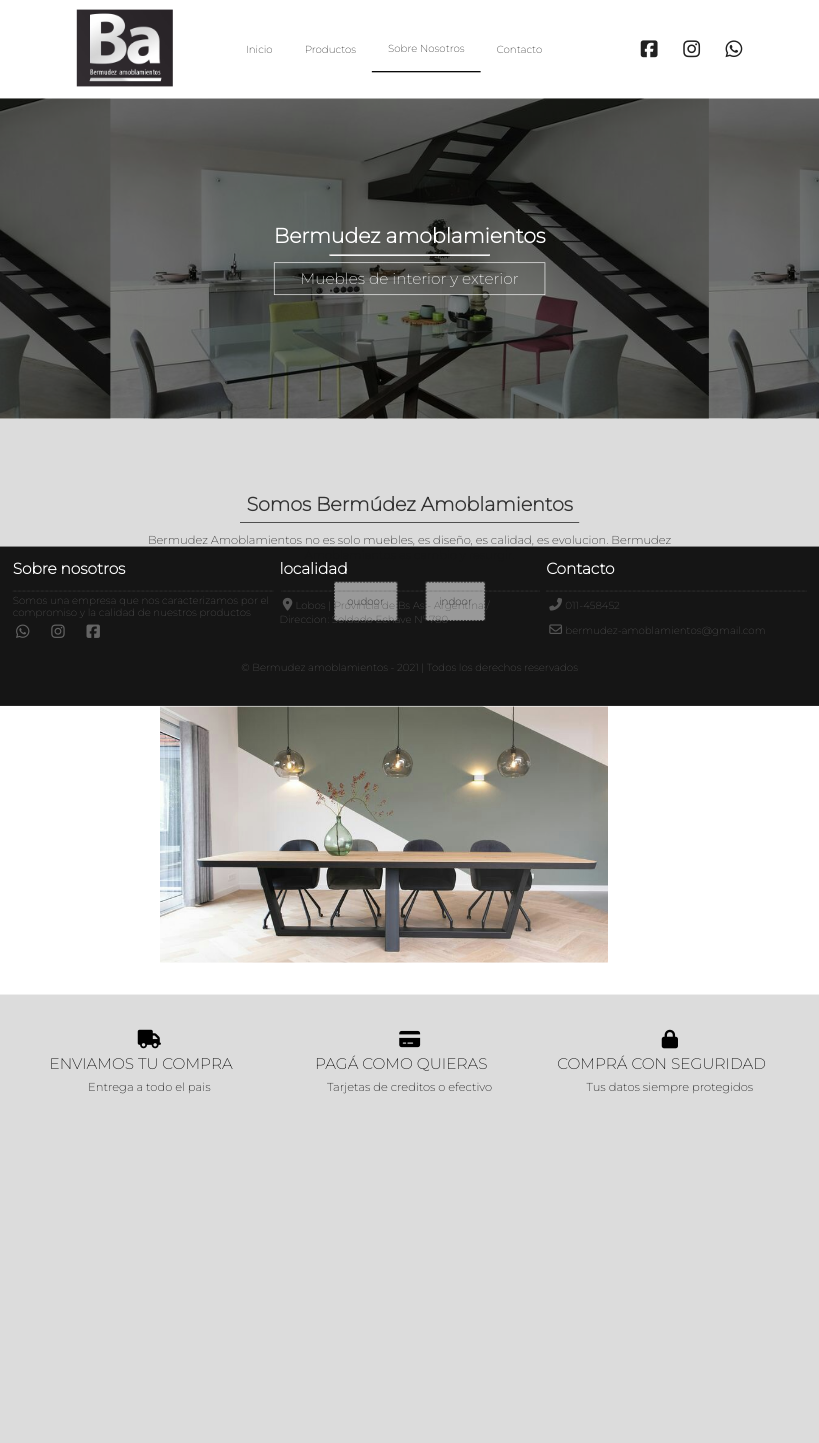
Repository: DamianBermudez94/Bermudez-amoblamientos
Page: index.html
An editor plug-in stored every save of this project. The page is shown before and after the next save, followed by the edit.
The browser window is 1280 px wide. The pictures show the whole page, at 64% of full size.
Some web libraries are served in a nearby version.

Above is the page before, as saved 2022-09-22 19:24:11.

### index.html
<!DOCTYPE html>
<html lang="es">
<head>
    <meta charset="UTF-8">
    <meta http-equiv="X-UA-Compatible" content="IE=edge">
    <meta name="viewport" content="width=device-width, initial-scale=1.0">

    <title>Bermudez-Amoblamientos</title>
    <link rel="shortcut icon" href="Imagenes/favicon (1).jpg" type="image/x-icon">
    <!--Estilos-->
    <link rel="preconnect" href="https://fonts.googleapis.com">
    <link rel="preconnect" href="https://fonts.gstatic.com" crossorigin>
    <link href="https://fonts.googleapis.com/css2?family=Montserrat:wght@200&display=swap" rel="stylesheet">
    <script src="https://kit.fontawesome.com/bdbed0aafa.js" crossorigin="anonymous"></script>
    <link rel="preconnect" href="https://fonts.gstatic.com">
    <link href="https://fonts.googleapis.com/css2?family=Roboto:ital,wght@0,300;0,400;1,100;1,300;1,700&display=swap" rel="stylesheet">
    <!--Componente del header-->
    <script defer src="./header/header.js"></script>
    <link rel="stylesheet" href="./header/header.css">

    <!--Componente del footer-->
    <script defer src="./footer/footer.js"></script>
    <link rel="stylesheet" href="./footer/footer.css">

    <script defer src="slider.js"></script>
    <!--Estilos del index-->
    <link rel="stylesheet" href="index.css">
    <script defer src="index.js"></script>

</head>
<body>
    <!--Ir arriba-->
    <div class="go-top">
        <span><i class="fas fa-chevron-up"></i> <a href="https://www.whatsapp.com"><i class="fab fa-whatsapp"></i></a></span>
    </div>
    <header class="header">

    </header>
    <main class="main" >
        <section class="welcome">
            <div class="welcome__container">
                <h1 class="welcome__title">Bermudez amoblamientos</h1>
                <hr class="linea-title">
                <p class="welcome__sub-title">Muebles de interior y exterior</p>

            </div>
        </section>


        <section class="sobre-nosotros">
            <div class="container-tip">
                <h2 class="title-somos-nosotros">Somos Bermúdez Amoblamientos</h2>

                <p class="title-parrafo">Bermudez Amoblamientos no es solo muebles, es diseño, es calidad, es evolucion. Bermudez Amoblamientos es cambio y resurgir.</p>
                <div class="enlaces">
                    <a class="btn-enlaces" href="oudoor.html">oudoor</a>
                    <a class="btn-enlaces" href="indoor.html">indoor</a>
                </div>
            </div>
        </section>
        <!--Seccion Productos-->

            <section class="section-slider">
                <div class="flexslider">
                    <div class="slider" id="slider">
                        <div class="slider-section">
                            <img class="slider-img" src="./indoor/img-indoor/imagenes-indoor/IMG-20210325-WA0018.jpg" alt="">
                            <!--<section class="flex-slider">
                              <h2 class="slider-title">Productos al 50%</h2>
                              <p class="slider-txt">Ofertas</p>
                              <a href="" class="slider__link">Comprar</a>
                            </section>-->
                        </div>
                        <div class="slider-section">
                            <img class="slider-img" src="./indoor/img-indoor/imagenes-indoor/IMG-20210325-WA0019.jpg" alt="">
                            <!--<section class="flex-slider">
                              <h2 class="slider-title">Productos al 50%</h2>
                              <p class="slider-txt">Ofertas</p>
                              <a href="" class="slider__link">Comprar</a>
                            </section>-->

                        </div>
                        <div class="slider-section" >
                            <img class="slider-img" src="./indoor/img-indoor/imagenes-indoor/IMG-20210325-WA0028.jpg" alt="">
                            <!--<section class="flex-slider">
                              <h2 class="slider-title">Productos al 50%</h2>
                              <p class="slider-txt">Ofertas</p>
                              <a href="" class="slider__link">Comprar</a>
                            </section>-->

                        </div>
                    </div>
                    <!--<span class="btn-slider slider_btn-right" id="btn-right"><i class="fas fa-chevron-right"></i></i></span>
                    <span class="btn-slider slider_btn-left" id="btn-left"><i class="fas fa-chevron-left"></i></span>-->
                </div>
            </section>
                <!--<div class="container-editor">
                    <div class="editor__item">
                        <img src="Imagenes/IMG-20210325-WA0014.jpg" alt="" class="editor-img">
                        <p class="editor-circle">Muebles de interior</p>
                    </div>
                    <div class="editor__item">
                        <img  src="Imagenes/IMG-20210325-WA0026.jpg" alt="" class="editor-img">
                        <p class="editor-circle">Muebles de exterior</p>
                    </div>
                </div>-->
            <!--Seccion tips de compras -->
            <section class="container-tips">
                <div class="tip">
                    <i class="tip-icon fas fa-truck"></i>
                    <h2 class="tip-title">ENVIAMOS TU COMPRA</h2>
                    <p class="parrafo-tips">Entrega a todo el pais</p>

                   <!-- <a href="" class="btn-tip">Comprar</a>
                  <a href="" class="btn-tip">comprar</a>
                  <a href=""class="btn-tip">Comprar</a>-->
                </div>
                <div class="tip">
                    <i class="fas fa-credit-card"></i>
                    <h2 class="tip-title">PAGÁ COMO QUIERAS</h2>
                    <p class="parrafo-tips">Tarjetas de creditos o efectivo</p>

                </div>
                <div class="tip">
                    <i class="fas fa-lock"></i>
                    <h2 class="tip-title">COMPRÁ CON SEGURIDAD</h2>
                  <p class="parrafo-tips">Tus datos siempre protegidos</p>
                </div>

            </section>

    </main>
    <!--Footer-->

    <footer class="footer">

    </footer>
</body>
</html>

### header/header.css
/** Estilos del header **/

.header {
 background-color: #fff;

}

.main-header .container {
  position: fixed;
  top: 0;
  left: 0;
  width: 100%;
  height: 30%;
  display: flex;
  align-items: center;
  justify-content: space-between;
  background: #fff;
  z-index: 9999999999;
  padding: 50px;
}

.main-header__container {
  width: 100%;
  display: flex;
  justify-content:space-between;
  padding: 50px;
}
.redes-sociales {
  color: #212121;
  font-size: 50px;
  margin: 5px;
}

.redes-sociales:hover {
  color: #154f66;
}

.main-header__container-redes {
  display: none;

}

.title-img {
  object-fit: cover;
  width: 100%;
  height: 100px;

}
.img_title {
  position: relative;
  top: 0;
  left: 10px;
}

/** Estilos del Menu **/
.main-nav {
  opacity: 0;
  visibility: hidden;
  transition: all 0.5s;
  z-index: 9999999;
}
.mostrar {
  opacity: 1;
  visibility: visible;
}

.menu {
  position: absolute;
  top: 120px;
  left: 0;
  background: #212121;
  width: 100%;
  list-style: none;
  margin: 0;
  padding: 0;
}
.menu__items {
  margin: auto;
}

.menu-link {
  padding: 25px;
  border-bottom: 1px solid #646464;
  color: #fff;
  text-decoration: none;
  display: block;
}
.menu-link:hover {
  background: #000;
  color: #fff;
}

.sub-menu {
  display: none;
}

.sub-link {
  padding-left: 45px;
  border-bottom: 1px solid #646464;
  text-decoration: none;
  color: #fff;
  display: block;
  font-weight: 300;
  font-size: 16px;
}
.sub-link:hover {
  background: #000;
  color: #fff;
  width: 100%;
}
.sub-items .sub-link {
  list-style: none;
  margin: 0 10px;
  padding: 25px 0;
  padding-left: 48px;
}

.main-header__btn {
  border: 1px solid #000;
  display: block;
  padding: 10px 30px;
  color: #000;
  margin: 10px 0;
  text-decoration: none;
}
.btn-menu{
  position: relative;
  top: 35px;
  left: 95px;
  cursor: pointer;
  transition: all 0.5s ease-in-out ;
}
.menu-btn_burger{
  width: 30px;
  height: 3px;
  position: relative;
  top: 20px;
  left: 20px;
  border-radius: 5px;
  background-color: #000;
  transition: all 0.5s ease-in-out;
}
.menu-btn_burger::before,
.menu-btn_burger::after{
 content: "";
 position: absolute;
 top:0;
 left: 0;
 width: 30px;
 height: 3px;
 background-color: #000;
 border-radius: 5px;
 transition: all 0.5s ease-in-out;
}
.menu-btn_burger::before{
  transform: translateY(-16px);
}
.menu-btn_burger::after{
  transform: translateY(16px);
}
.btn-menu.open .menu-btn_burger {
  transform: translateX(-50px);
  background-color: transparent;
}
.btn-menu.open .menu-btn_burger::before {
  transform: rotate(45deg) translate(35px, -35px);
}
.btn-menu.open .menu-btn_burger::after {
  transform: rotate(-45deg) translate(35px, 35px);
}
@media (min-width: 760px) {


  .main-header__container{
    padding: 50px;

  }
  .main-header__container-redes{
    display: flex;
    justify-content: space-between;
    align-items: center;

  }
  .redes-sociales {
    color: #212121;
    font-size: 25px;
    margin: 10px;
    position: relative;
    top: 0;
    left: 0;
    display: block;
  }
  .menu {
    top: 180px;
  }
  .title-somos-nosotros {
    font-size: 28px;
    text-align: center;
    padding: 10px;
  }
}


@media (min-width: 960px) {

  .main-header__container {
    width: 100%;
    height: 100%;
    display: flex;
    align-items: center;
    justify-content: space-evenly;
    padding: 0 120px 0;


  }

  .main-nav {
    visibility: visible;
    opacity: 1;
    width: 100%;
    right: 25px;
    margin: 0;
  }
  .main-header-link {
    color: #333;
    border-bottom: none;
  }
  .main-header__container .main-nav .menu li a.active {
    border-bottom: 2px solid #000;
  }

  .menu {
    position: static;
    width: 100%;
    display: flex;
    align-items: center;
    justify-content: center;
    background: none;
  }

  .menu__items {
    padding: 0;
    margin: 0;
    display: flex;
  }
  .menu-link {
    color: #212121;
    border-bottom: none;
  }
  .menu-link:hover {
    color: #f7f7f7;
  }

  .main-nav .menu .sub-menu {
    display: none;
    transition: all 0.5s;
  }
  .main-nav .menu .menu__items {
    display: flex;
    justify-content: space-between;
    align-items: center;
  }

  .menu .menu__items:hover .sub-menu {
    display: block;
    position: absolute;
    top: 120px;
    left: 485px;
    width: 300px;
  }

  .sub-link {
    position: relative;
    top: 15px;
    left: 15px;
    width: 300px;
    text-decoration: none;
    color: #151515;
    background: #f7f7f7;
    font-size: 16px;
    transition: all 0.5s;
  }
  .sub-link:hover {
    max-width: 300px;
    color: #fff;
    background: #151515;
  }
  .sub-items {
    list-style: none;
  }

  .title-img {
    object-fit: cover;
    font-size: 24px;
    width: 150px;
    height: 150px;
    padding: 15px 0 15px 0;
    margin: 0;
  }
  .img_title {
    position: initial;
  }

  .main-header__container-redes {

  }
  .redes-sociales {
    position: relative;
    top: 0;
    left: 20px;
    margin: 15px;
    padding: 5px;
    font-size: 30px;
    display: block;
  }
  .btn-menu {
    display: none;
  }
}

### footer/footer.css
/** Estilos Del footer **/

.footer {

  padding: 20px;
  background: #151515;
  color: #fff;
}
.redes-footer {
  padding: 15px;
  position: relative;
  top: 0;
  left: -10px;
  font-size: 1.5em;
  color: #646464;
  margin: 0;
  transition: all 0.5s;
}
.redes-footer:hover {
  color: #fff;
}
.footer-txt {
  color: #555;
  padding: 5px 0;
}
.footer-link {
  color: #555;
  text-decoration: none;
  display: block;
  padding: 10px 0;
}

.title-footer {
  border-bottom: 1px dotted #555;
  padding-bottom: 20px;
}
.redes {
  font-size: 20px;
  margin: 5px;
}
.container-copy{
  text-align: center;
  padding: 10px;
}
.copy {
  color: #555;
  margin: 10px 0;
  padding: 10px;
}
@media screen and (min-width:720px) {
  .container-footer {

    display: grid;
    grid-template-columns: repeat(3, 1fr);
    gap: 10px;

  }

}

### index.css
* {
  padding: 0;
  margin: 0;
  box-sizing: border-box;
  font-family: 'Montserrat', sans-serif;
}

/** Go top **/
.go-top {
  position: fixed;
  bottom: 0px;
  right: -100%;
  width: 50px;
  height: 50px;

  background: #fff;
  z-index: 9999;
  display: flex;
  justify-content: center;
  align-items: center;
  cursor: pointer;
  transition: 500ms;
}
.go-top:hover {
  border: 2px solid #fff;
  border-radius: 50%;
  background: rgb(71, 71, 71);
}
.go-top:hover span {
  color: #fff;
}
.go-top > span {
  font-size: 25px;
  color: #000;
}
main{
  width: 100%;
  height: 700px;
  background: url("./indoor/img-indoor/imagenes-indoor/IMG-20210325-WA0038.jpg");
background-position: center;
background-size: contain;

}

/** Diseño del Welcome**/

.welcome {
  width: 100%;
  height: 500px;
  background-color: rgba(0, 0, 0, 0.5);
  display: flex;
  align-items: center;
  justify-content: center;
  flex-direction: column;
}

.welcome__title {
  font-size: 32px;
  color: #fff;
  font-weight: 700;
  text-align: center;
  margin: 10px;
}

.welcome hr {
  width: 250px;
  margin: auto;
  height: 3px;
  background: #fff;
}
.welcome__sub-title {
  font-size: 24px;
  margin: 10px;
  color: #fff;
  border: 1px solid #fff;
  padding: 10px;

  text-align: center;
}

/** Fin del style**/

/********* Seccion sobre nosotros ****/
.sobre-nosotros{
  width: 100%;
  height: 400px;
}
.container-tip {
  display: flex;
  justify-content: center;
  align-items: center;
  flex-direction: column;
  height: 100%;
  margin: 0;
  padding:10px;
  background-color: #dcdcdc;
}
.title-somos-nosotros {

  font-size: 24px;
  font-weight: bold;
  text-align: center;
  color: #333;
  border-bottom: 1px solid #000;
}

.title-parrafo {
 width: 70%;
  text-align: center;
  font-weight: 400;
  font-size: 18px;
  margin-top: 15px;
  line-height: 24px;
  color: #151515;
}
.enlaces {
  margin-top: 50px;
}
.btn-enlaces {
  width: 100%;
  padding: 20px;
  margin:20px;
  text-decoration: none;
  border: 1px dashed #000;
  transition: all 0.5s;
  cursor: pointer;
  color: #212121;
  background: #999999;
}
.btn-enlaces:hover {
  background: #212121;
  color: #fff;
}


/*****Diseño del slider****/

.flexslider {
  width: 100%;
  height: 500px;
  position: relative;
  overflow: hidden;

}
.slider {
  display: flex;
  width: 300%;
  height: 300px;
  margin-left: -100%;
  position: relative;
}


.slider-section {
  position: relative;
  top: 50px;
  width: 100%;
  display: flex;
  justify-content: center;
  align-items: center;

}

.slider-img {
  position: absolute;
  top: 0;
  width: 300px;
  height: 400px;
  object-fit: cover;

}



/** Seccion tips informaticos **/

.container-tips {
  height: 500px;
  padding: 30px;
  text-align: center;
  background-color: #dcdcdc;
}
.tip-title {
  font-size: 16px;
  font-weight: 300;
}

.tip i {
  font-size: 24px;
  padding: 20px 0;
}
.parrafo-tips {
  font-size: 14px;
  text-align: center;
  font-weight: 300;
  margin-top: 8px;
}

/** Estilo responsive para tablet **/

@media screen and (min-width: 768px) {

  .slider-img {
    width: 600px;
    height: 400px;
    object-fit: cover;

  }
  .container-tips {
    display: grid;
    grid-template-columns: repeat(3, 1fr);
  }
  .tip-icon {
    font-size: 29px;
  }
  .tip-title {
    font-size: 24px;
    font-weight: 700;
  }
  .parrafo-tips {
    font-size: 18px;
  }
  .title-somos-nosotros{
    font-size: 30px;
  }
}

@media (min-width: 1024px) {
  /**header **/
  .header-img {
    display: flex;
    justify-content: center;
    align-items: center;
    margin: 0 auto;
  }
  .header-img .welcome h1 {
    font-size: 50px;
    color: #fff;
    font-weight: 700;

    margin-bottom: 35px;
  }
  .header-img .welcome .linea-title {
    width: 400px;
    height: 5px;
    background: #fff;
    border: none;
    margin-top: -15px;
    text-align: center;
  }
  .header-img .welcome p {
    width: 500px;
    font-size: 30px;
    font-weight: 200;
    color: #fff;
    border: 3px solid #fff;
    padding: 10px;
    margin-top: 30px;
  }

  /** Fin del header **/


  /**** Seccion slider ****/

  .slider-img {
    width: 600px;
    height: 400px;


  }



  /***** Seccion Tips **/
  .container-tips {
    width: 100%;
    height: 100%;
    position: relative;
  }

  .tip-title {
    padding-right: 26px;
    font-weight: 400;
  }
  .tip {
    padding: auto;
    margin: 15px auto;
  }
  .tip i {
    font-size: 29px;
    text-align: center;
    padding: 10px 10px;
  }
  .parrafo-tips {
    font-size: 18px;
    margin: 10px auto;
  }
}
@media screen and (min-width: 1280px) {
  .main-header {
    position: relative;
    width: 100%;
  }
  .main-header .container {
    position: absolute;
    top: 0;
    left: 0;
    width: 100%;
    height: 30%;
    background: #fff;
    display: flex;
    justify-content: space-between;
    align-items: center;
    z-index: 9999999999;
  }
  .container {
    width: 1000px;
    margin: auto;
  }
  .main-header__container:nth-child(3) {
    padding-left: 50px;
  }


  .slider-img {
    width: 700px;
    height: 400px;

  }
}
@media screen and (min-width: 1600px) {
  .main-header {
    position: relative;
    width: 100%;
  }
  .main-header .container {
    position: fixed;
    top: 0;
    left: 0;
    width: 100%;
    height: 30%;
    background: #fff;
    display: flex;
    justify-content: space-between;
    align-items: center;
    z-index: 9999;
  }
  .container {
    width: 1400px;
    margin: auto;
  }
  .main-header__container:nth-child(3) {
    padding-left: 100px;
  }
}

### slider.js
// Animacion slider

const slider = document.querySelector("#slider");
let sliderSection = document.querySelectorAll(".slider-section");
let sliderSectionLast = sliderSection[sliderSection.length - 1];

slider.insertAdjacentElement("afterbegin", sliderSectionLast);

function nextRight() {
  let sliderSectionFirts = document.querySelectorAll(".slider-section")[0];

  slider.style.marginLeft = "-200%";
  slider.style.transition = "0.8s ease-in-out";

  setTimeout(function () {
    slider.style.transition = "none";
    slider.insertAdjacentElement("beforeend", sliderSectionFirts);
    slider.style.marginLeft = "-100%";
  }, 1200);
}
function Prev() {
  let sliderSection = document.querySelectorAll(".slider-section");
  let sliderSectionLast = sliderSection[sliderSection.length - 1];
  slider.style.marginLeft = "0";

  setTimeout(function () {
    slider.style.transition = "none";
    slider.insertAdjacentElement("afterbegin", sliderSectionLast);
    slider.style.marginLeft = "-100%";
  }, 1200);
}

/*btnLeft.addEventListener("click", function () {
  Prev();
});
const btnRight = document.querySelector("#btn-right");
const btnLeft = document.querySelector("#btn-left");

btnRight.addEventListener("click", function () {
  nextRight();
});*/

setInterval(function () {
  nextRight();
}, 5000);

### index.js
function main() {
  headertComponet(document.querySelector(".header"));
  footerComponet(document.querySelector(".footer"));

  menu();
}
main();

Loaded but not shown: header/header.js (87 lines, source omitted); footer/footer.js (33 lines, source omitted)

After the next save:
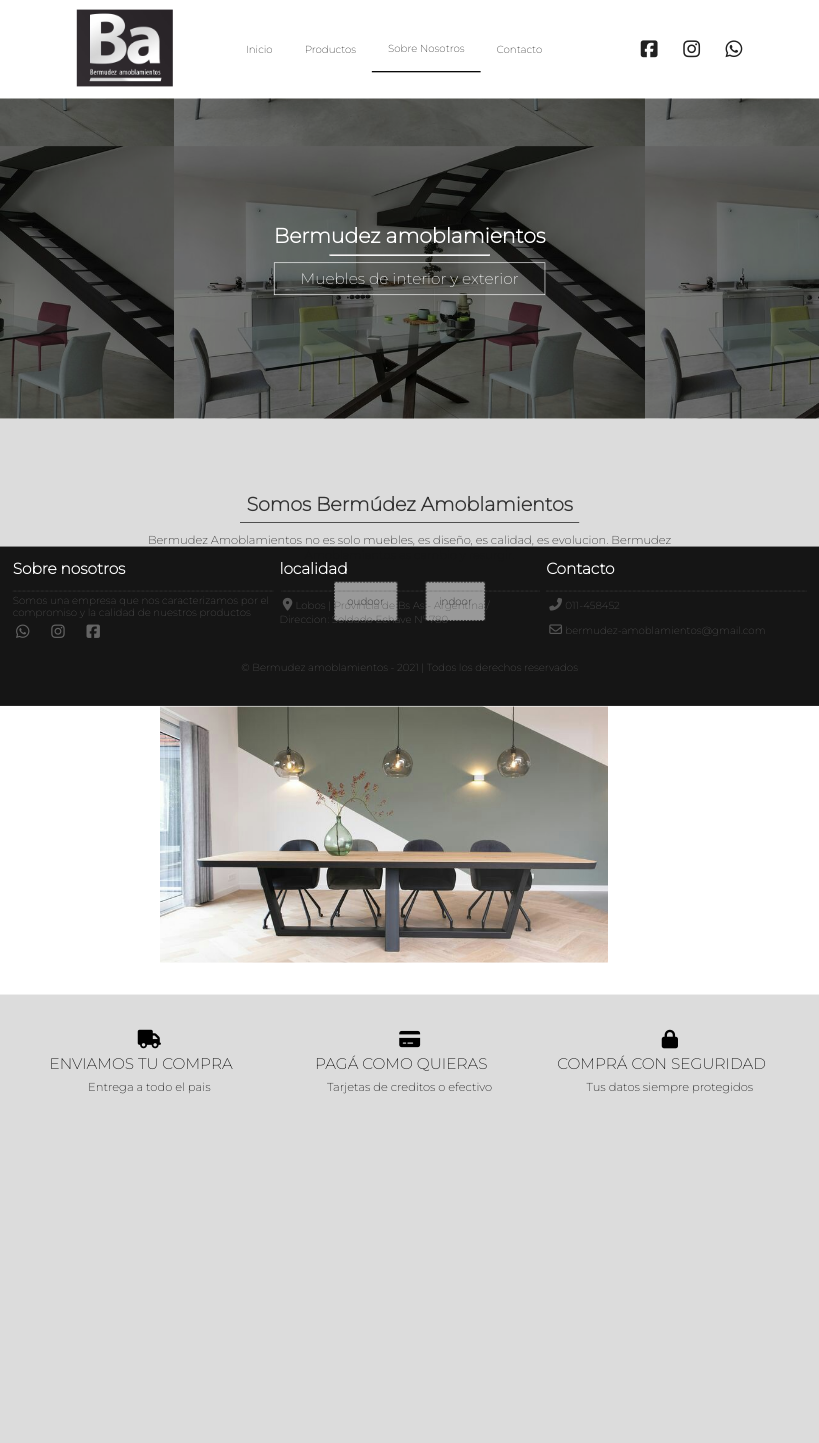
Saved 32 s later.
--- a/index.css
+++ b/index.css
@@ -38,7 +38,7 @@
   height: 700px;
   background: url("./indoor/img-indoor/imagenes-indoor/IMG-20210325-WA0038.jpg");
 background-position: center;
-background-size: contain;
+background-repeat: contain;
 
 }
 

After the save that followed:
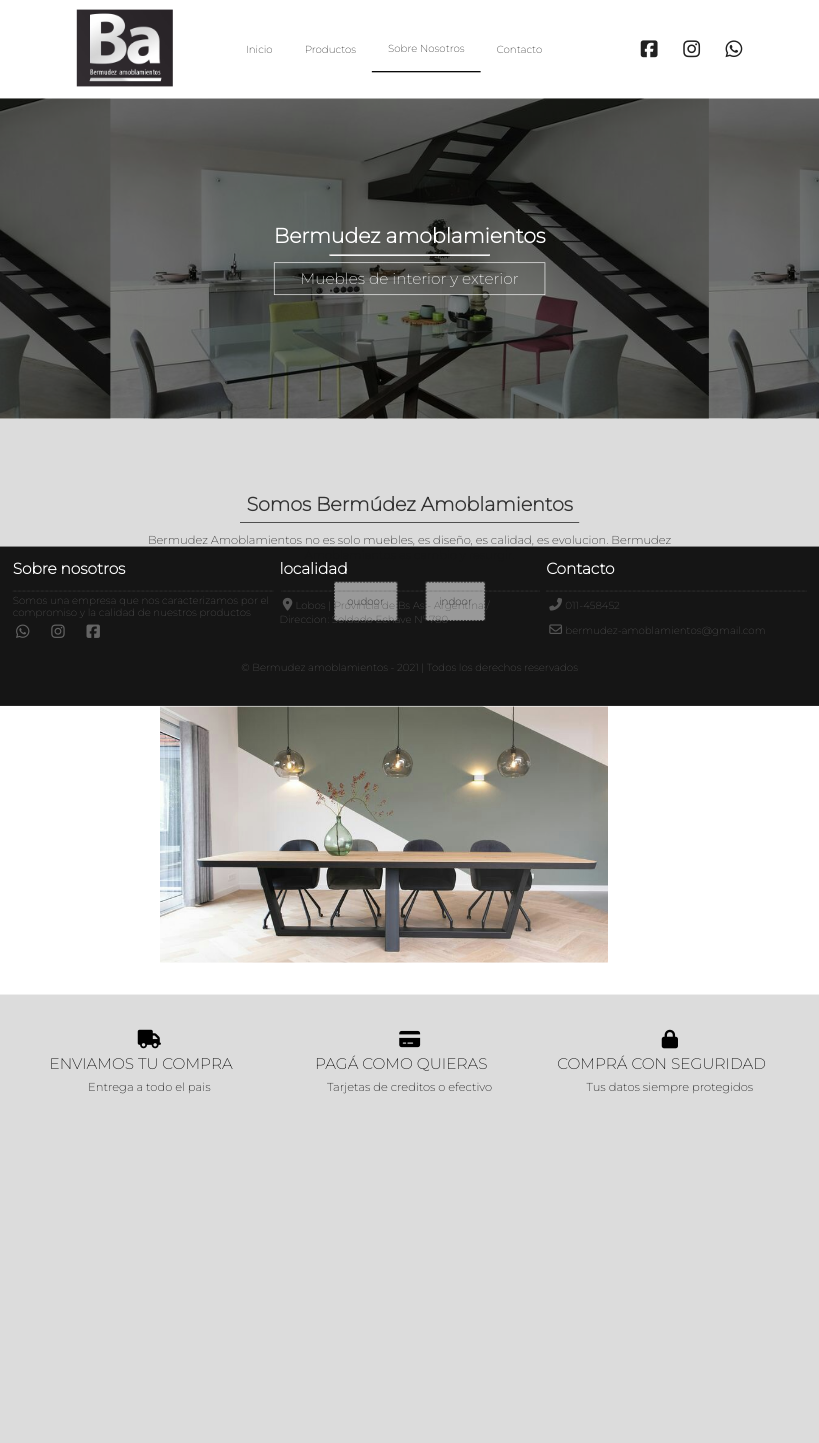
Saved 31 s later.
--- a/index.css
+++ b/index.css
@@ -37,8 +37,8 @@
   width: 100%;
   height: 700px;
   background: url("./indoor/img-indoor/imagenes-indoor/IMG-20210325-WA0038.jpg");
-background-position: center;
-background-repeat: contain;
+  background-position: center;
+  background-size: contain;
 
 }
 
